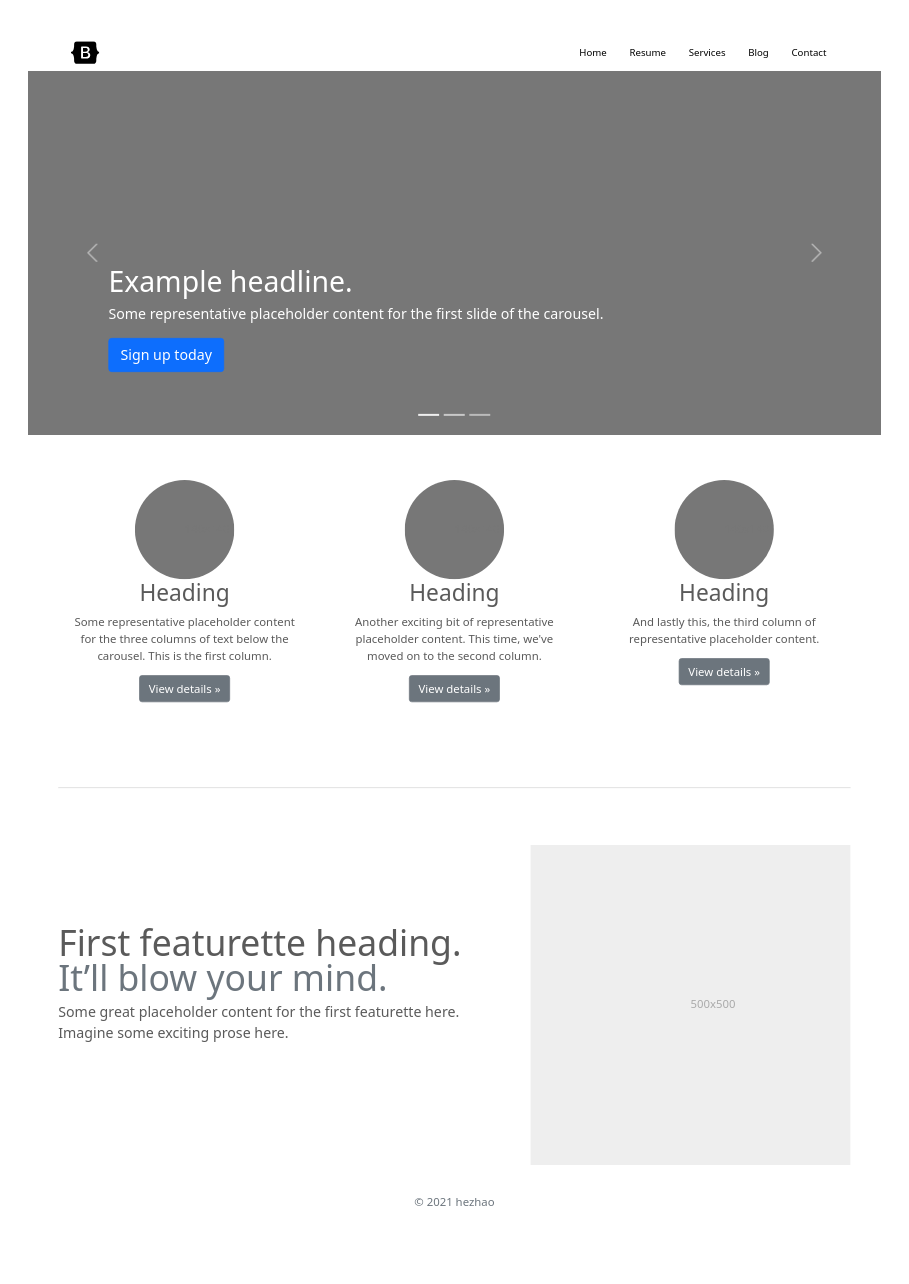
Repository: HeZhao-hugh/personal-web
Page: index.html
An editor plug-in stored every save of this project. The page is shown before and after the next save, followed by the edit.
The browser window is 1280 px wide. The pictures show the whole page, at 71% of full size.

Above is the page before, as saved 2022-01-19 21:13:44.

After the next save:
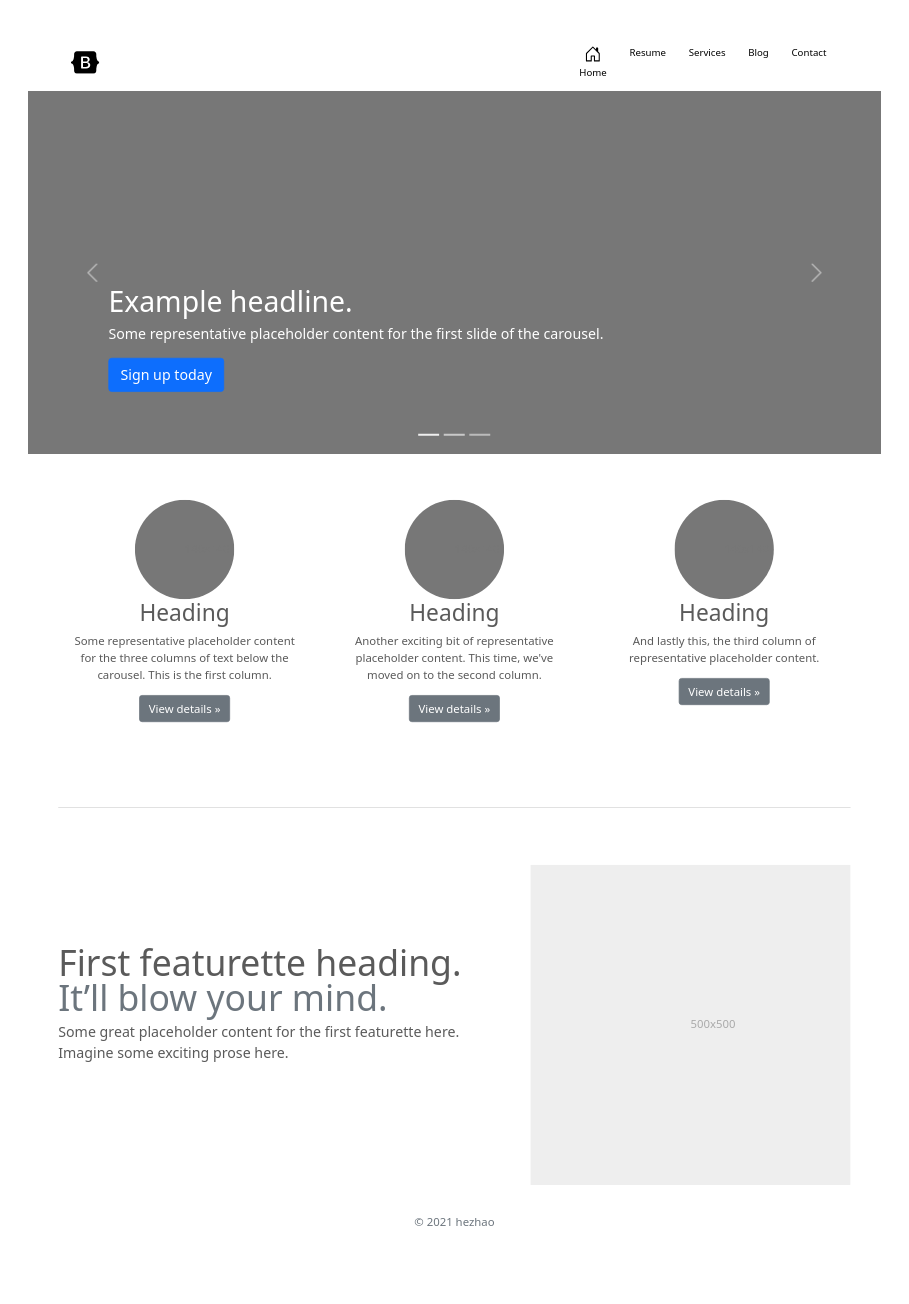
Saved 70 s later.
--- a/index.html
+++ b/index.html
@@ -70,8 +70,8 @@
                         <ul class="nav col-12 col-lg-auto my-2 justify-content-center my-md-0 text-small">
                             <li href="HOME" class="navbar-item">
                                 <a href="HOME" class="nav-link text-black">
-                                    <!-- <svg class="bi d-block mx-auto mb-1" width="24" height="24">
-                                        <use href="#Home" /></svg> -->
+                                    <svg href="HOME" class="navbar-item bi d-block mx-auto mb-1" width="24" height="24">
+                                        <use href="#Home" /></svg>
                                     Home
                                 </a>
                             </li>
